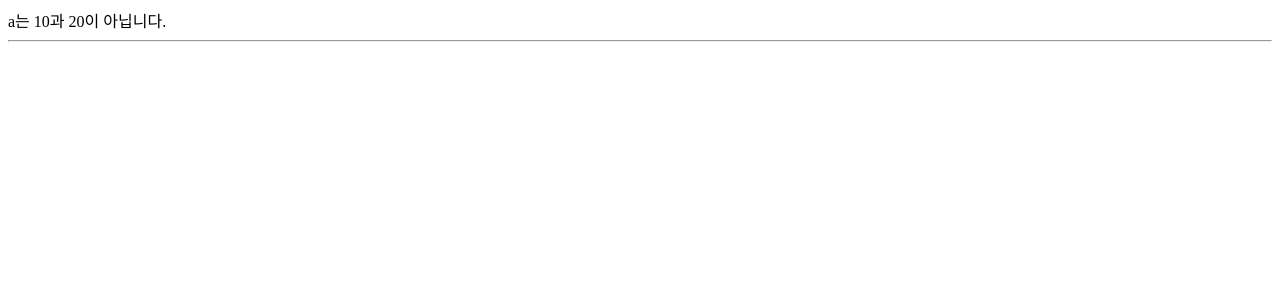
Repository: orieasy1/23-1-Programming-Study
Page: http://localhost/Jsp_DB/el_jstl/jstl02.jsp
These files come from the project's save history. The page is drawn as it stood at one moment and after a run of saves; the edit follows.
The browser window is 1280 px wide. The pictures show the whole page.
The page is served by Tomcat 9.

Above is the page before, as saved 2023-08-26 09:46:55.

After the next 2 saves:
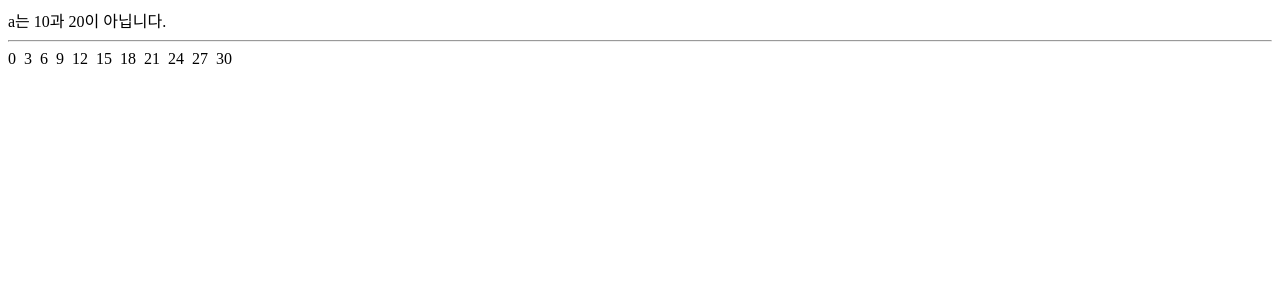
The 2 saves are shown as one change because they came seconds apart.
The last was saved 11 s later.
--- a/JSPcode/Jsp_DB/src/main/webapp/el_jstl/jstl02.jsp
+++ b/JSPcode/Jsp_DB/src/main/webapp/el_jstl/jstl02.jsp
@@ -40,7 +40,7 @@
 	 --%>
 
 	<c:forEach var="i" begin="0" end="30" step="3" >
-
+		${i}&nbsp;
 	</c:forEach>
 
 
